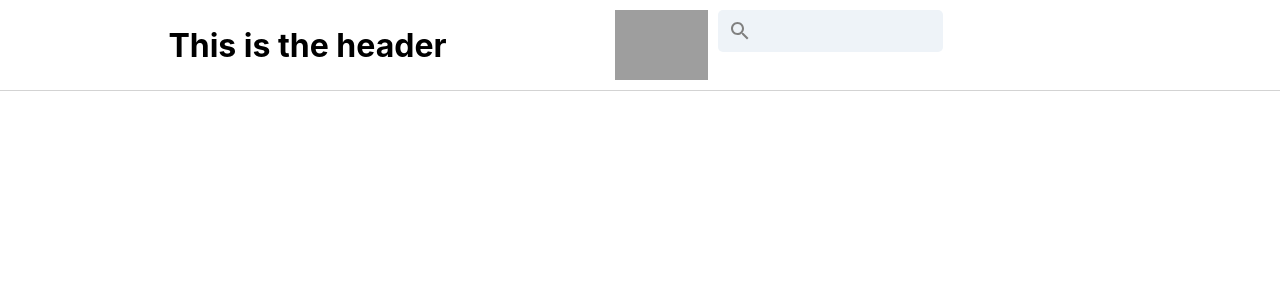
Repository: Tracy-maker/linkedin_clone
Page: /
The author's editor kept a copy of each file at every save. The page is drawn from the files as they stood at one save, then again after the next save.
The browser window is 1280 px wide. The pictures show the whole page.
Pictures or frames that could not be fetched are drawn as grey boxes. The project was rebuilt for these pictures with package versions that can differ from the ones it lists, and the page was loaded fresh each time.

Above is the page before, as saved 2023-11-06 13:00:53.

### src/App.js
import React from "react";
import Header from "./components/Header/Header";

function App() {
  return (
    <div className="app">
      <Header />
    </div>
  );
}

export default App;

### src/features/counter/counterSlice.js
import { createAsyncThunk, createSlice } from '@reduxjs/toolkit';
import { fetchCount } from './counterAPI';

const initialState = {
  value: 0,
  status: 'idle',
};

// The function below is called a thunk and allows us to perform async logic. It
// can be dispatched like a regular action: `dispatch(incrementAsync(10))`. This
// will call the thunk with the `dispatch` function as the first argument. Async
// code can then be executed and other actions can be dispatched. Thunks are
// typically used to make async requests.
export const incrementAsync = createAsyncThunk(
  'counter/fetchCount',
  async (amount) => {
    const response = await fetchCount(amount);
    // The value we return becomes the `fulfilled` action payload
    return response.data;
  }
);

export const counterSlice = createSlice({
  name: 'counter',
  initialState,
  // The `reducers` field lets us define reducers and generate associated actions
  reducers: {
    increment: (state) => {
      // Redux Toolkit allows us to write "mutating" logic in reducers. It
      // doesn't actually mutate the state because it uses the Immer library,
      // which detects changes to a "draft state" and produces a brand new
      // immutable state based off those changes
      state.value += 1;
    },
    decrement: (state) => {
      state.value -= 1;
    },
    // Use the PayloadAction type to declare the contents of `action.payload`
    incrementByAmount: (state, action) => {
      state.value += action.payload;
    },
  },
  // The `extraReducers` field lets the slice handle actions defined elsewhere,
  // including actions generated by createAsyncThunk or in other slices.
  extraReducers: (builder) => {
    builder
      .addCase(incrementAsync.pending, (state) => {
        state.status = 'loading';
      })
      .addCase(incrementAsync.fulfilled, (state, action) => {
        state.status = 'idle';
        state.value += action.payload;
      });
  },
});

export const { increment, decrement, incrementByAmount } = counterSlice.actions;

// The function below is called a selector and allows us to select a value from
// the state. Selectors can also be defined inline where they're used instead of
// in the slice file. For example: `useSelector((state: RootState) => state.counter.value)`
export const selectCount = (state) => state.counter.value;

// We can also write thunks by hand, which may contain both sync and async logic.
// Here's an example of conditionally dispatching actions based on current state.
export const incrementIfOdd = (amount) => (dispatch, getState) => {
  const currentValue = selectCount(getState());
  if (currentValue % 2 === 1) {
    dispatch(incrementByAmount(amount));
  }
};

export default counterSlice.reducer;

### src/components/Header/Header.jsx
import React from "react";
import { Search } from "@mui/icons-material";
import styled from "styled-components";

const HeaderContainer = styled.div`
  position: sticky;
  top: 0;
  z-index: 999;
  display: flex;
  align-items: center;
  justify-content: space-evenly;
  border-bottom: 0.1px solid lightgray;
  padding-top: 10px;
  padding-bottom: 10px;
  width: 100%;
  background-color: white;
`;

const LeftContainer = styled.div`
  display: flex;
`;

const LogoImage = styled.img`
  height: 70px;
  margin-right: 10px;
  object-fit: contain;
`;

const SearchContainer = styled.div`
  display: flex;
  align-items: center;
  padding: 10px;
  border-radius: 5px;
  height: 22px;
  color: gray;
  background-color: #eef3f8;
`;

const SearchInput = styled.input`
  outline: none;
  border: none;
  background: none;
`;

const RightContainer = styled.div`
  display: flex;
`;

function Header() {
  return (
    <HeaderContainer>
      <h1>This is the header</h1>
      <LeftContainer>
        <LogoImage
          src="https://i.ibb.co/P51pbfT/Screenshot-2023-11-06-at-11-59-00-am.png"
          alt="linedIn-clone"
        />
        <SearchContainer>
          <Search />
          <SearchInput />
        </SearchContainer>
      </LeftContainer>
      <RightContainer></RightContainer>
    </HeaderContainer>
  );
}

export default Header;

Loaded but not shown: public/index.html (common file); src/index.js (common file); src/app/store.js (common file); src/reportWebVitals.js (common file); src/index.css (common file); src/features/counter/counterAPI.js (common file)

After the next save:
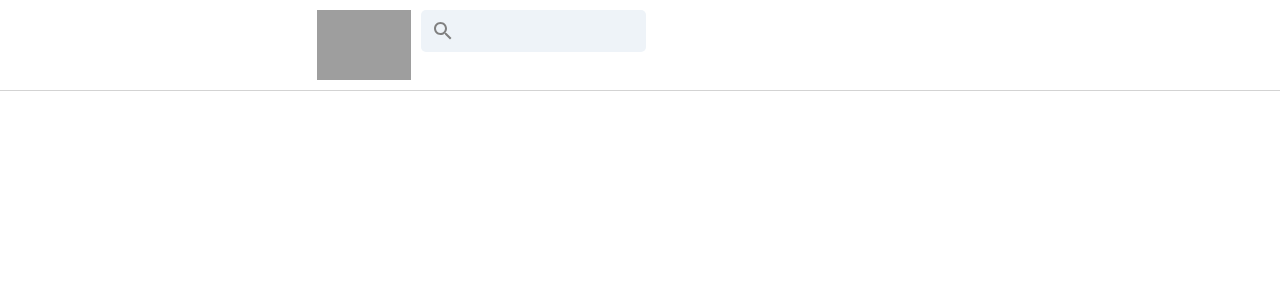
Saved 18 s later.
--- a/src/components/Header/Header.jsx
+++ b/src/components/Header/Header.jsx
@@ -49,7 +49,6 @@
 function Header() {
   return (
     <HeaderContainer>
-      <h1>This is the header</h1>
       <LeftContainer>
         <LogoImage
           src="https://i.ibb.co/P51pbfT/Screenshot-2023-11-06-at-11-59-00-am.png"
